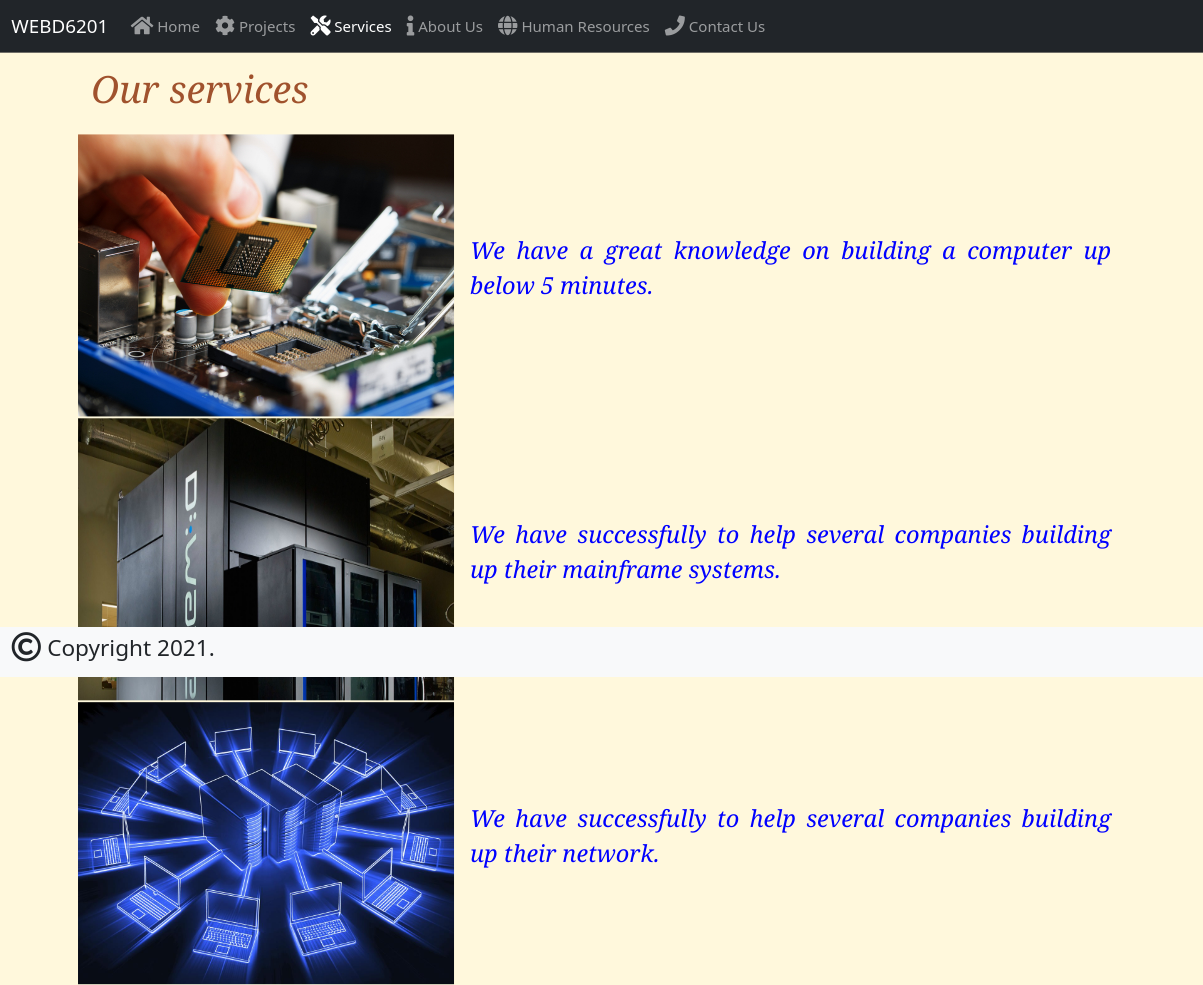
Repository: YiuWingLau/WEBD6201-W2021-Lab1
Page: services.html
The author's editor kept a copy of each file at every save. The page is drawn from the files as they stood at one save, then again after the next save.
The browser window is 1280 px wide. The pictures show the whole page, at 94% of full size.

Above is the page before, as saved 2021-02-04 22:20:21.

After the next save:
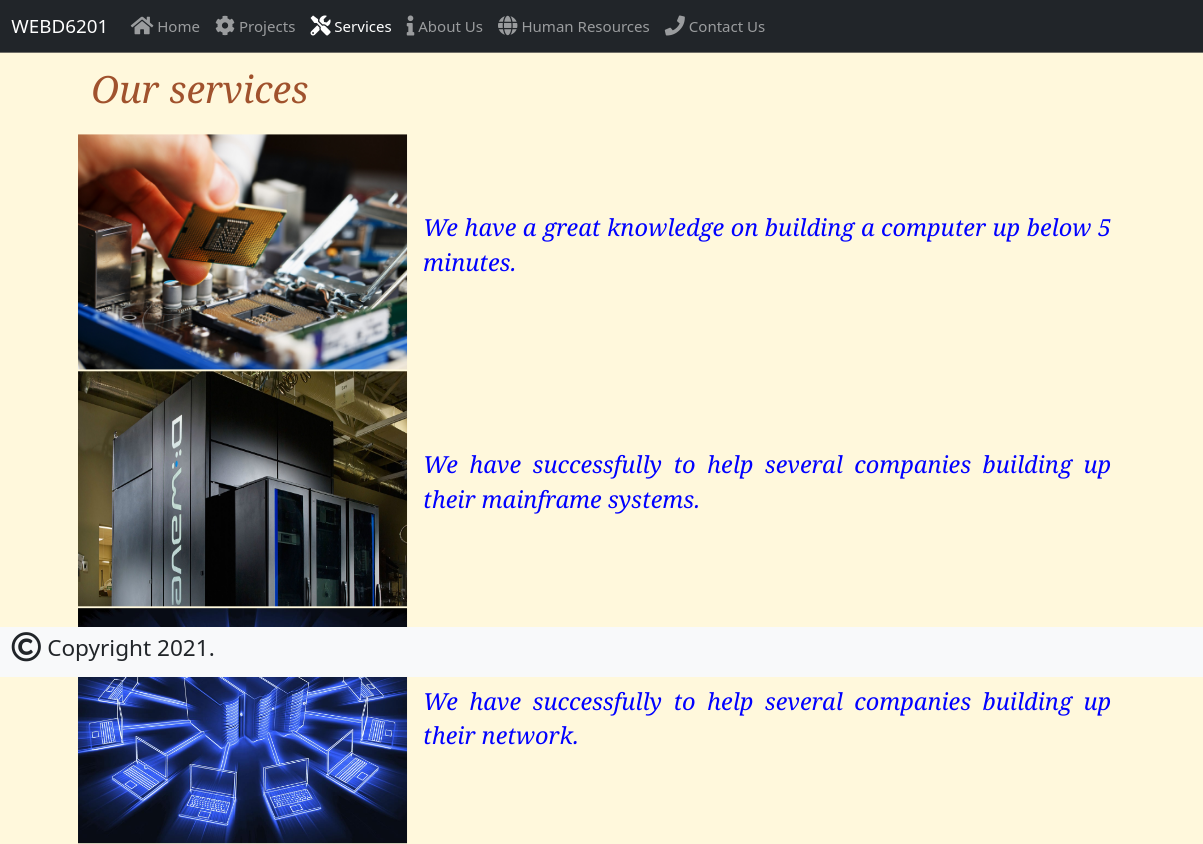
Saved 26 s later.
--- a/Content/app.css
+++ b/Content/app.css
@@ -25,6 +25,6 @@ body {
 
 #favImage {
 
-    width: 400px;
-    height: 300px;
+    width: 350px;
+    height: 250px;
 }
